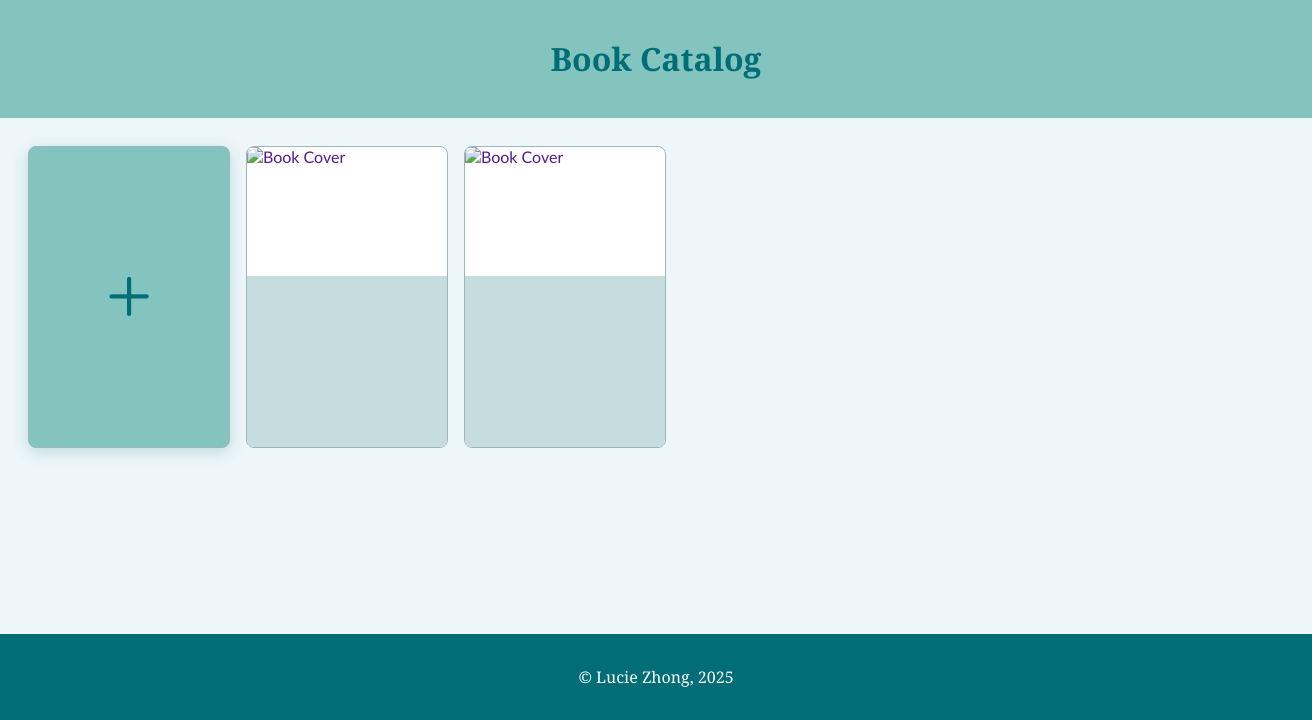
Repository: luwuciez/webdev2-book-catalog-v1
Page: /
The author's editor kept a copy of each file at every save. The page is drawn from the files as they stood at one save, then again after the next save.
The browser window is 1280 px wide. The page is 1312 px wide, so the pictures cover 1312 px, including what lies to the right of the window. The pictures show the whole page.
The pointer rests on the first visible `.newBook`.
The page's requests for data from a server got no answer. The project was rebuilt for these pictures with package versions that can differ from the ones it lists, and the page was loaded fresh each time. No one was signed in, and anything a server would have sent is missing. Also part of the build but not shown: vite.config.js.

Above is the page before, as saved 2025-09-13 23:40:42.

After the next save:
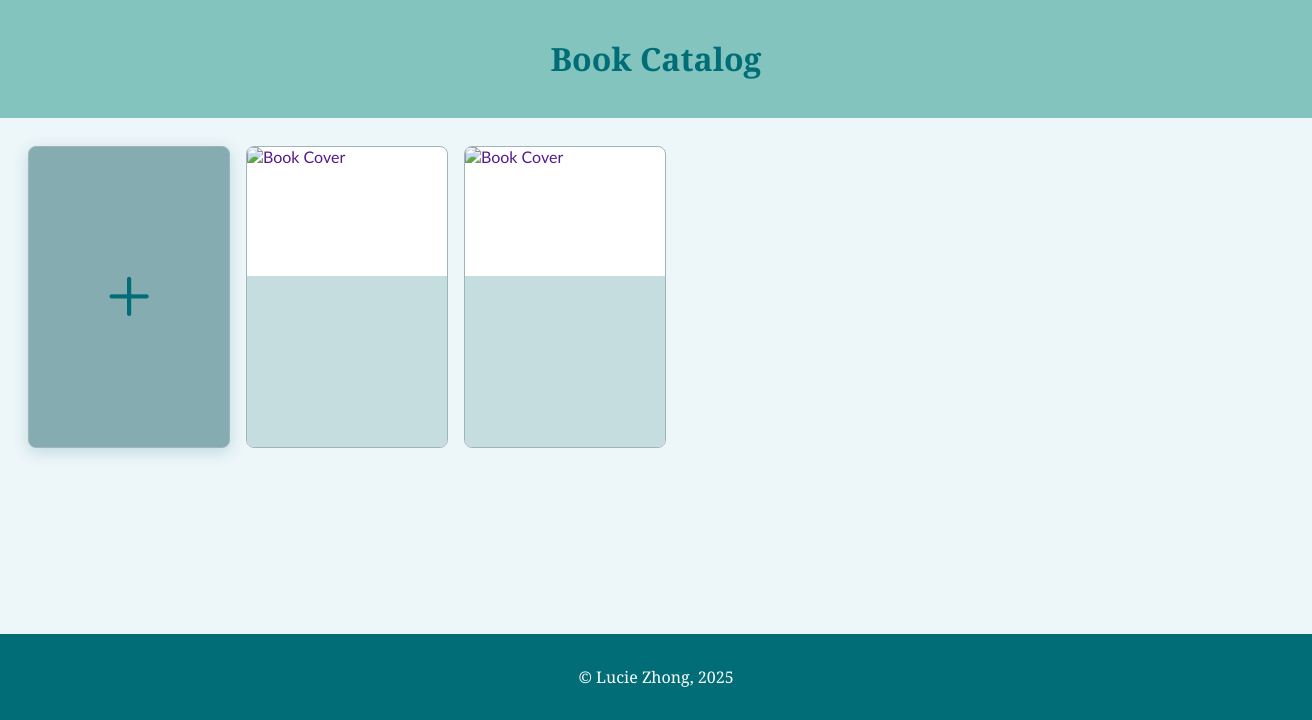
Saved 16 s later.
--- a/src/App.css
+++ b/src/App.css
@@ -46,6 +46,6 @@
 
 .newBook:hover {
     box-shadow: 0 4px 16px rgba(0, 109, 119, 0.2);
-    background-color: #83c5be;
+    background-color: #85adb1;
     color: #006d77;
 }
